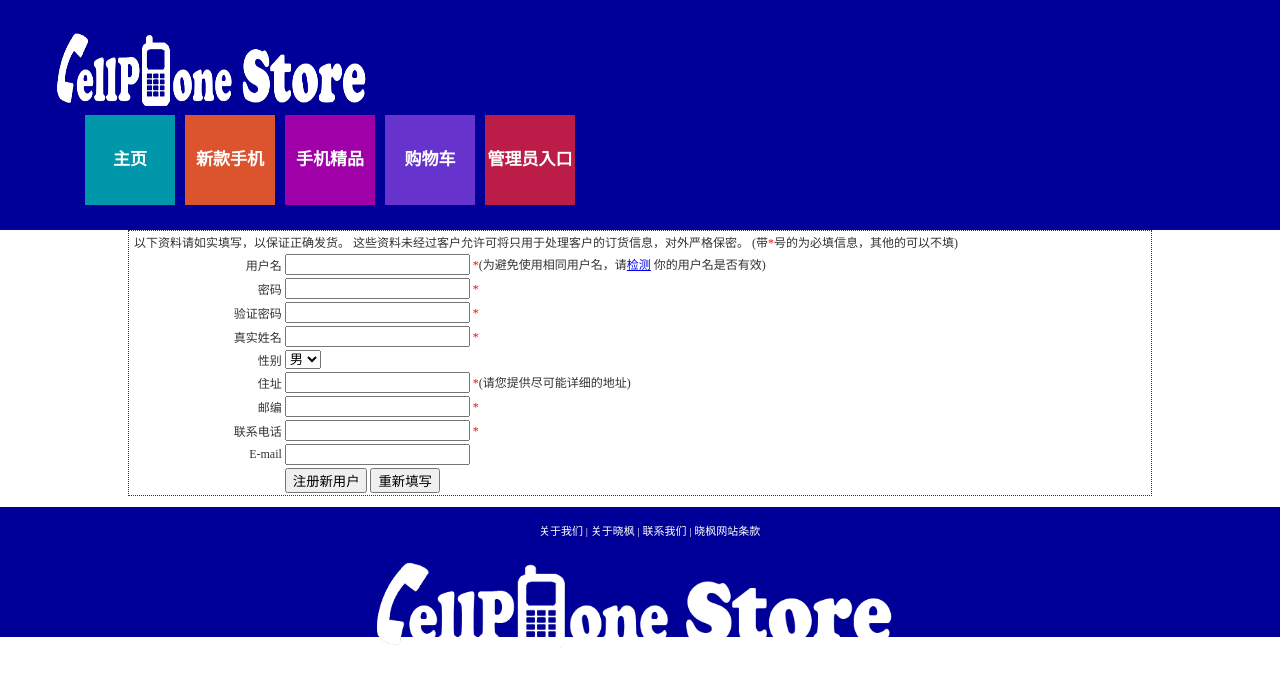
Repository: Jefsky/phonemarket
Page: http://localhost/phonemarket/user/register.jsp
An editor plug-in stored every save of this project. The page is shown before and after the next save, followed by the edit.
The browser window is 1280 px wide. The pictures show the whole page.
The page is served by Tomcat 9. Other server files are loaded and not shown.

Above is the page before, as saved 2014-06-26 02:16:29.

### phonemarket/phonemarket/WebContent/user/register.jsp
<%@ page language="java" contentType="text/html; charset=GB18030"
    pageEncoding="GB18030"%>
<!DOCTYPE html PUBLIC "-//W3C//DTD HTML 4.01 Transitional//EN" "http://www.w3.org/TR/html4/loose.dtd">
<html>
<head>
<meta http-equiv="Content-Type" content="text/html; charset=GB18030">
<title>Insert title here</title>
<script type="text/javascript">
<!--
	function CheckSubmit(thisform){
		with(thisform){
			if(userid.value==null||userid.value==""){
				alert("请输入用户名");   //弹出对话口，提示输入
				userid.focus();         //把页面光标定位在该元素上
				return false;           //方法返回false;
			}
			if(password.value==null||password.value==""){
				alert("请输入密码");   //弹出对话口，提示输入
				userid.focus();         //把页面光标定位在该元素上
				return false;
			}
			if(password2.value==null||password2.value==""){
				alert("请输入校验密码");   //弹出对话口，提示输入
				userid.focus();         //把页面光标定位在该元素上
				return false;
			}
			if(password.value!=password2.value){
				alert("输入密码与校验密码不同");   //弹出对话口，提示输入
				userid.focus();         //把页面光标定位在该元素上
				return false;
			}
			if(username.value==null||username.value==""){
				alert("请输入真实姓名");   //弹出对话口，提示输入
				userid.focus();         //把页面光标定位在该元素上
				return false;
			}
			if(address.value==null||address.value==""){
				alert("请输入地址");   //弹出对话口，提示输入
				userid.focus();         //把页面光标定位在该元素上
				return false;
			}
			if(postcode.value==null||postcode.value==""){
				alert("请输入邮编");   //弹出对话口，提示输入
				userid.focus();         //把页面光标定位在该元素上
				return false;
			}
			if(phone.value==null||phone.value==""){
				alert("请输入电话号码");   //弹出对话口，提示输入
				userid.focus();         //把页面光标定位在该元素上
				return false;
			}
		}
		return true;
	}
//-->
</script>
<link href="../css/main.css" rel="stylesheet" type="text/css">
</head>
<body>

					<div >
						<jsp:include page="top.jsp" />
					</div>

<%
	int line=0;
	String line_s=request.getParameter("line");
	if(line_s!=null){
		line=Integer.parseInt(line_s);
	}
	if(line>0){
%>
	<tr><td><div align="center">用户注册成功！</div></td></tr>

<%
	}else{
%>
			<tr>
				<td>
					<div align="center">
					<form action="/phonemarket/InsertUserServlet" method="post" onsubmit="return CheckSubmit(this)">
						<table width="80%" border="0" cellpadding="1" cellspacing="1" class="td">
					<tr>
						<td colspan="2">&nbsp;以下资料请如实填写，以保证正确发货。
						这些资料未经过客户允许可将只用于处理客户的订货信息，对外严格保密。
						(带<font color="red">*</font>号的为必填信息，其他的可以不填)
						</td>
					</tr>
					<tr>
						<td width="15%"><div align="right">用户名</div></td>
						<td>
							<div align="left"><input type="text" name="userid" size="20">
							<font color="red">*</font>(为避免使用相同用户名，请<a href="*">检测</a>
							你的用户名是否有效)
							</div>
						</td>
					</tr>
					<tr>
						<td><div align="right">密码</div></td>
						<td>
							<div align="left"><input type="password" name="password" size="20">
							<font color="red">*</font>
							</div>
						</td>
					</tr>
					<tr>
						<td><div align="right">验证密码</div></td>
						<td>
							<div align="left"><input type="password" name="password2" size="20">
							<font color="red">*</font>
							</div>
						</td>
					</tr>
					<tr>
						<td><div align="right">真实姓名</div></td>
						<td>
							<div align="left"><input type="text" name="username" size="20">
							<font color="red">*</font>
							</div>
						</td>
					</tr>
					<tr>
						<td><div align="right">性别</div></td>
						<td>
							<div align="left">
								<select name="gender">
									<option value="男">男</option>
									<option value="女">女</option>
								</select>
							</div>
						</td>
					</tr>
					<tr>
						<td><div align="right">住址</div></td>
						<td>
							<div align="left"><input type="text" name="address" size="20">
							<font color="red">*</font>(请您提供尽可能详细的地址)
							</div>
						</td>
					</tr>
					<tr>
						<td><div align="right">邮编</div></td>
						<td>
							<div align="left"><input type="text" name="postcode" size="20">
							<font color="red">*</font>
							</div>
						</td>
					</tr>
					<tr>
						<td><div align="right">联系电话</div></td>
						<td>
							<div align="left"><input type="text" name="phone" size="20">
							<font color="red">*</font>
							</div>
						</td>
					</tr>
					<tr>
						<td><div align="right">E-mail</div></td>
						<td>
							<div align="left"><input type="text" name="email" size="20"></div>
						</td>
					</tr>
					<tr>
						<td><div align="right">&nbsp;</div></td>
						<td>
							<div align="left">
								<input type="submit" value="注册新用户">
								<input type="submit" value="重新填写">
							</div>
						</td>
					</tr>
					</table>
				</form>
				</td>
			</tr>
<%
	}
%>
			<tr>
				<td>
					<div >
						<jsp:include page="bottom.jsp" />
					</div>
				</td>
			</tr>
		</table>
</div>
</body>
</html>

### phonemarket/phonemarket/WebContent/user/top.jsp
<%@ page language="java" contentType="text/html; charset=UTF-8"
    pageEncoding="UTF-8"%>
<!DOCTYPE html PUBLIC "-//W3C//DTD HTML 4.01 Transitional//EN" "http://www.w3.org/TR/html4/loose.dtd">
<html>
<head>
<meta http-equiv="Content-Type" content="text/html; charset=UTF-8">
<title>Cellphone Store</title>
<link rel="stylesheet" type="text/css" href="../css/top.css"/>
</head>
<body>
<div class = "navigation">
	<div id="logo">
		<span><img src="../image/logo.png" width="350" height="85"></span>
	</div>
	<ul id="color">
		<li class = "color1"><a href = "index.jsp">主页</a></li>
		<li><a href = "#">新款手机</a></li>
		<li class = "color2"><a href = "#">手机精品</a></li>
		<li class = "color3"><a href = "shoppingcart.jsp">购物车</a></li>
		<li class = "color4"><a href = "../admin/index.jsp">管理员入口</a></li>
	</ul>


</div>

</body>
</html>

### phonemarket/phonemarket/WebContent/user/bottom.jsp
<%@ page language="java" contentType="text/html; charset=GB18030"
    pageEncoding="GB18030"%>
<!DOCTYPE html PUBLIC "-//W3C//DTD HTML 4.01 Transitional//EN" "http://www.w3.org/TR/html4/loose.dtd">
<html>
<head>
<link rel="stylesheet" type="text/css" href="../css/bottom.css">
<meta http-equiv="Content-Type" content="text/html; charset=ISO-8859-1">
<title>bottom</title>
</head>
<body>
<div class="foot">

 <p>&nbsp&nbsp&nbsp&nbsp&nbsp&nbsp 关于我们 | 关于晓枫 | 联系我们 | 晓枫网站条款</p>
<div id="logo">
		<span><img src="../image/logo.png" width="584" height="100px"></span>
	</div>
</div>
</body>
</html>

### phonemarket/phonemarket/WebContent/css/main.css
@charset "utf-8";
/* CSS Document */

.td{
	border: 1px dotted;
	font-family: "宋体";
	font-size: 12px;
	color: #333333;
	text-decoration: none;
}

### phonemarket/phonemarket/WebContent/css/top.css
body{
	margin : 0px;
	padding : 0;
}

/* ====== Navigation Main ====== */
div.navigation{
	font-family:"微软雅黑 Light", cursive;
	background-color:#009;
	padding-top : 30px;
	padding-bottom : 30px;
	height:170px;
	font-weight: bolder;
}

/* ====== Navigation Menu ====== */
div.navigation>ul{
	margin : 0px;

}

div.navigation>ul>li{
	list-style : none;
	display : inline-block;
	height : 90px;
	width : 90px;
	background-color : #DB542D;
	text-align : center;
	line-height : 90px;
	margin-top : 2px;
	margin-bottom : 2px;
}

div.navigation ul li a{
	cursor : pointer;
}

div.navigation>ul>li>a{
	position : relative;
	display : block;
	color:#FFF;
	font-size : 17px;
	text-decoration : none;
}



/* ====== Color class ======*/
div.navigation .color1{
	background-color : #0097aa;
}

div.navigation .color2{
	background-color : #9f00a7;
}

div.navigation .color3{
	background-color: #63C;
}

div.navigation .color4{
	background-color : #bb1d48;
}

/* ====== title span ====== */

div.navigation span{
	position : relative;
	font-family : 'Open Sans';
	font-weight : 300;
	font-size : 16px;
	margin-left : 40px;
	font-size : 28px;
	color : white;
}



#color{ margin-left:40px;}
#color li{  float:left; margin:0 5px;}
div.navigation ul li a:hover{ background-color: #CCC; color:#00C;}
#logo{ width:100%;}

### phonemarket/phonemarket/WebContent/css/bottom.css
@charset "utf-8";
/* CSS Document */

body{
	margin : 0px;
	padding : 0;
}

.foot{ width:100%; margin-top:10px; background-color:#009; height:130px;}
p{text-align:center; color: #FFF;  font-size:11px;padding:15px 0px 10px 0px;}
#logo{
	display:block;
	float:left;

	}

After the next save:
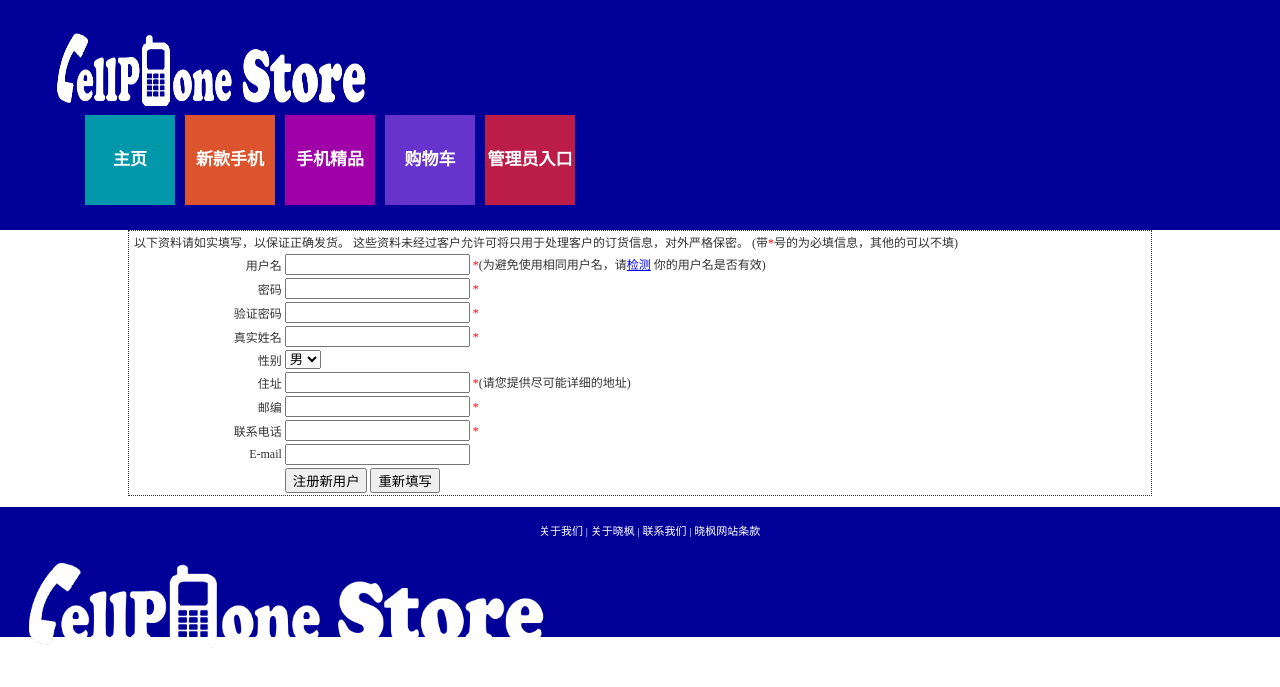
Saved 19 s later.
--- a/phonemarket/phonemarket/WebContent/user/register.jsp
+++ b/phonemarket/phonemarket/WebContent/user/register.jsp
@@ -176,14 +176,10 @@
 <%
 	}
 %>
-			<tr>
-				<td>
-					<div >
+
+		</table>
+</div><div >
 						<jsp:include page="bottom.jsp" />
 					</div>
-				</td>
-			</tr>
-		</table>
-</div>
 </body>
 </html>
